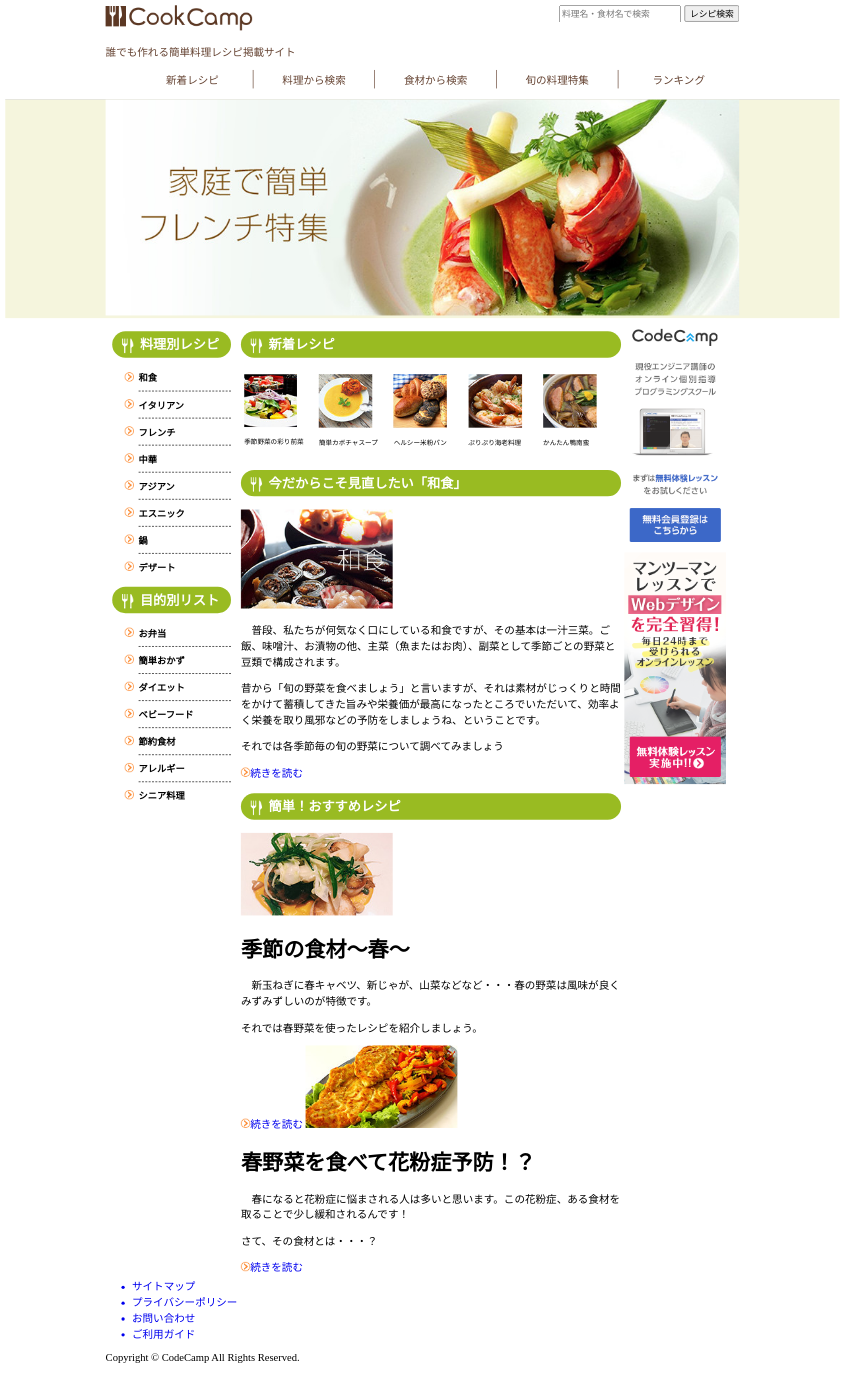
Repository: tomimaler/dc_work_tamachi_inagaki_html
Page: cookcamp/cookcamp.html
The author's editor kept a record of every edit. The page is drawn from the files as they stood at one moment, then again after the next edit.
The browser window is 1280 px wide. The pictures show the whole page, at 66% of full size.

Above is the page before.

### cookcamp/cookcamp.html
<!DOCTYPE html>
<html lang="ja">
 <head>
  <meta charset="UTF-8">
  <title>CookCamp</title>
  <link rel="stylesheet" href="cookcamp.css">

 <body>
  <header>
    <div class="container">
        <img class="logo" src="images/structure/logo.png">
        <input type="submit" value="レシピ検索">
        <input id="search" type="text" name="search" placeholder="料理名・食材名で検索">
        <p>誰でも作れる簡単料理レシピ掲載サイト</p>
        <ul class="header-menu">
            <a href="#"><li class="menu1">新着レシピ</li></a>
            <a href="#"><li>料理から検索</li></a>
            <a href="#"><li>食材から検索</li></a>
            <a href="#"><li>旬の料理特集</li></a>
            <a href="#"><li>ランキング</li></a>
        </ul>
    </div>
 </header>
 <main>
    <div class="container">
        <img class="mainView" src="images/contents/mainView.jpg">
        <nav class="left-column">
            <div class="recipe-nav">
                <h3><img src="images/icon/dish.png">料理別レシピ</h3>
                <ul class="recipe-list">
                    <a href="#"><li>和食</li></a>
                    <a href="#"><li>イタリアン</li></a>
                    <a href="#"><li>フレンチ</li></a>
                    <a href="#"><li>中華</li></a>
                    <a href="#"><li>アジアン</li></a>
                    <a href="#"><li>エスニック</li></a>
                    <a href="#"><li>鍋</li></a>
                    <a href="#"><li>デザート</li></a>
                </ul>
            </div>
            <div class="recipe-nav">
                <h3><img src="images/icon/dish.png">目的別リスト</h3>
                <ul class="recipe-list">
                    <a href="#"><li>お弁当</li></a>
                    <a href="#"><li>簡単おかず</li></a>
                    <a href="#"><li>ダイエット</li></a>
                    <a href="#"><li>ベビーフード</li></a>
                    <a href="#"><li>節約食材</li></a>
                    <a href="#"><li>アレルギー</li></a>
                    <a href="#"><li>シニア料理</li></a>
                </ul>
            </div>
        </nav>
        <div class="main-column">
            <div class="article">
                <h3><img src="images/icon/dish.png">新着レシピ</h3>
                <div class="section">
                    <div class="new-recipes">
                        <div class="new-recipe">
                            <img src="images/contents/newRecipes1.jpg" alt="季節野菜の彩り前菜">
                            <p>季節野菜の彩り前菜</p>
                        </div>
                        <div class="new-recipe">
                            <img src="images/contents/newRecipes2.jpg" alt="簡単カボチャスープ">
                            <p>簡単カボチャスープ</p>
                        </div>
                        <div class="new-recipe">
                            <img src="images/contents/newRecipes3.jpg" alt="ヘルシー米粉パン">
                            <p>ヘルシー米粉パン</p>
                        </div>
                        <div class="new-recipe">
                            <img src="images/contents/newRecipes4.jpg" alt="ぷりぷり海老料理">
                            <p>ぷりぷり海老料理</p>
                        </div>
                        <div class="new-recipe">
                            <img src="images/contents/newRecipes5.jpg" alt="かんたん鴨南蛮">
                            <p>かんたん鴨南蛮</p>
                        </div>
                    </div>
                </div>
            </div>
            <div class="article">
                <h3><img src="images/icon/dish.png">今だからこそ見直したい「和食」</h3>
                <img src="images/contents/topics.jpg" alt="和食">
                <p>　普段、私たちが何気なく口にしている和食ですが、その基本は一汁三菜。ご飯、味噌汁、お漬物の他、主菜（魚またはお肉）、副菜として季節ごとの野菜と豆類で構成されます。</p>
                <p>昔から「旬の野菜を食べましょう」と言いますが、それは素材がじっくりと時間をかけて蓄積してきた旨みや栄養価が最高になったところでいただいて、効率よく栄養を取り風邪などの予防をしましょうね、ということです。</p>
                <p>それでは各季節毎の旬の野菜について調べてみましょう</p>
                <a href="#"><img src="images/icon/arrow.png" alt="arrow">続きを読む</a>
            </div>
            <div class="article">
                <h3><img src="images/icon/dish.png">簡単！おすすめレシピ</h3>
                <img src="images/contents/pushRecipes1.jpg" alt="春">
                <h1>季節の食材～春～</h1>
                <p>　新玉ねぎに春キャベツ、新じゃが、山菜などなど・・・春の野菜は風味が良くみずみずしいのが特徴です。</p>
                <p>それでは春野菜を使ったレシピを紹介しましょう。</p>
                <a href="#"><img src="images/icon/arrow.png" alt="arrow">続きを読む</a>
                <img src="images/contents/pushRecipes2.jpg" alt="花粉症">
                <h1>春野菜を食べて花粉症予防！？</h1>
                <p>　春になると花粉症に悩まされる人は多いと思います。この花粉症、ある食材を取ることで少し緩和されるんです！</p>
                <p>さて、その食材とは・・・？</p>
                <a href="#"><img src="images/icon/arrow.png" alt="arrow">続きを読む</a>
            </div>
        </div>
        <aside class="right-column">
            <a href="#"><img src="images/contents/right1.png"></a>
            <a href="#"><img src="images/contents/right2.png"></a>
        </aside>
    </div>
</main>
<footer>
    <div class="container">
        <ul class="footer-list">
            <a href="#"><li>サイトマップ</li></a>
            <a href="#"><li>プライバシーポリシー</li></a>
            <a href="#"><li>お問い合わせ</li></a>
            <a href="#"><li>ご利用ガイド</li></a>
        </ul>
        <p>Copyright &copy; CodeCamp All Rights Reserved.</p>
    </div>
</footer>
</body>
</html>

### cookcamp/cookcamp.css
.container {
    width:960px;
    margin:0 auto;
}

main {
    background-color:#f5f5dd;
}

a {
    text-decoration:none;
}

header, footer {
    background-color:white;
}

header {
    border-bottom:1px solid #cccccc;
}

header logo {
    float:left;
}

header p{
    color:#664433;
    clear:both;
}

header input {
    float:right;
}

#search {
    height:20px;
    margin-right:5px;
}

.header-menu {
    display:flex;
    text-align:center;
    list-style:none;
}

.header-menu a+ a {
    border-left:1px solid;
}

.header-menu a {
    color:#664433;
    flex:1;
    padding:2px;
}

.mainView {
    width:100%;
}

.recipe-nav {
    margin:10px;
    background-color:white;
}

h3 {
    background-color:#99bb22;
    padding:5px;
    border-radius:25px;
    line-height:30px;
    font-size:20px;
    color:white;
}

h3 img {
    margin-left:10px;
    margin-right:10px;
    vertical-align:-20%;
}

.recipe-list {
    list-style-image: url('images/icon/arrow.png');
    text-align:left;
}

.recipe-list a {
    display:block;
    color:black;
}

.recipe-list li {
    margin:10px 0;
    font-size:14px;
    font-weight:bold;
}

.recipe-list a+ a {
    border-top:1px dashed;
}

.new-recipes {
    display:flex;
}

.new-recipe {
    flex:1;
}

.new-recipe p {
    font-size:10px;
    width:100%;
}

.article {
    margin:5px;
}

.section {
    padding:5px;
}

.left-column {
    width:200px;
    float:left;
}

.main-column {
    width:586px;
    float:left;
}

.right-column {
    width:155px;
    float:left;
}

footer {
    clear:both;
}

After the next edit:
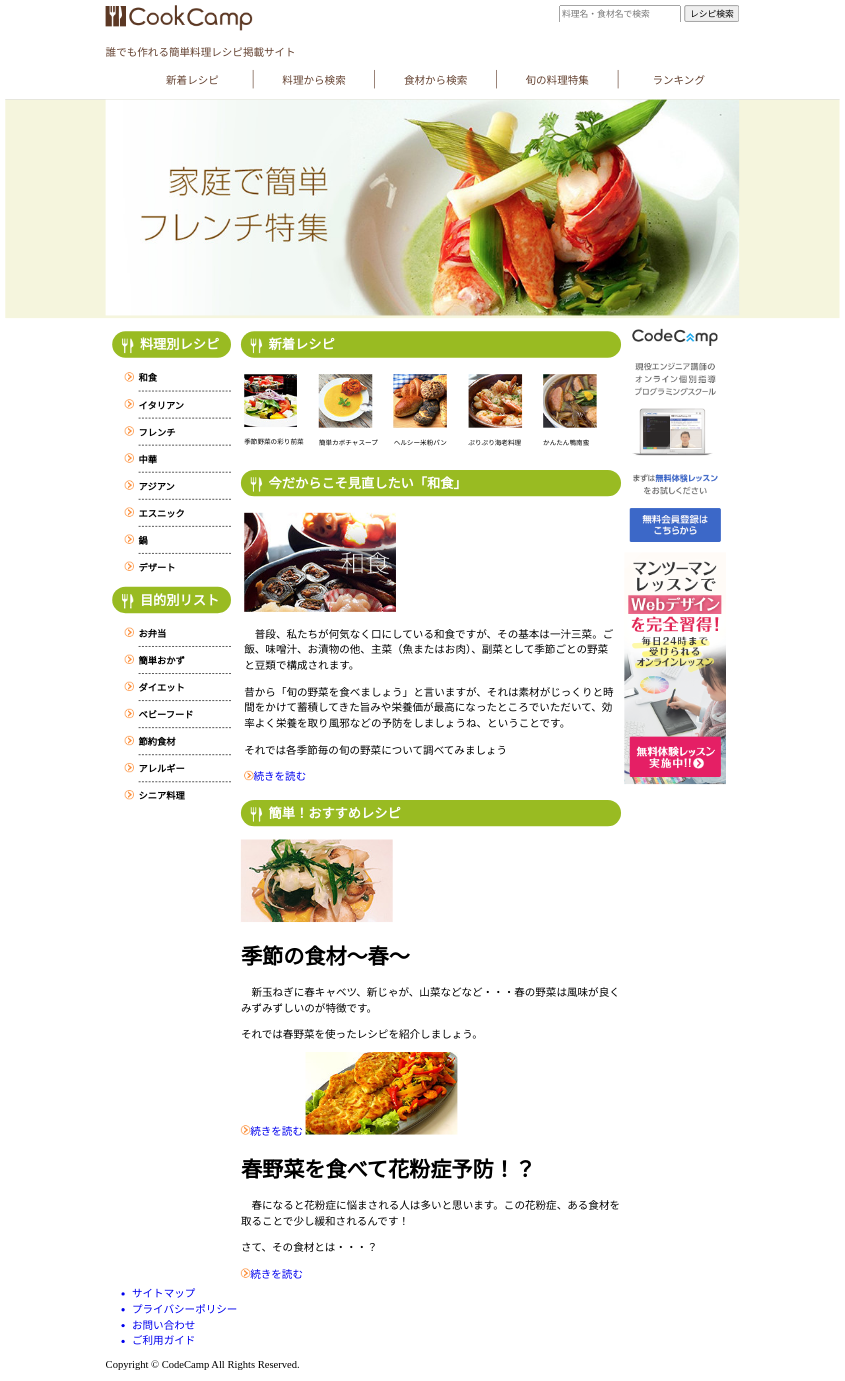
The edit:
--- a/cookcamp/cookcamp.html
+++ b/cookcamp/cookcamp.html
@@ -81,11 +81,13 @@
             </div>
             <div class="article">
                 <h3><img src="images/icon/dish.png">今だからこそ見直したい「和食」</h3>
-                <img src="images/contents/topics.jpg" alt="和食">
-                <p>　普段、私たちが何気なく口にしている和食ですが、その基本は一汁三菜。ご飯、味噌汁、お漬物の他、主菜（魚またはお肉）、副菜として季節ごとの野菜と豆類で構成されます。</p>
-                <p>昔から「旬の野菜を食べましょう」と言いますが、それは素材がじっくりと時間をかけて蓄積してきた旨みや栄養価が最高になったところでいただいて、効率よく栄養を取り風邪などの予防をしましょうね、ということです。</p>
-                <p>それでは各季節毎の旬の野菜について調べてみましょう</p>
-                <a href="#"><img src="images/icon/arrow.png" alt="arrow">続きを読む</a>
+                <div class="section">
+                    <img src="images/contents/topics.jpg" alt="和食">
+                    <p>　普段、私たちが何気なく口にしている和食ですが、その基本は一汁三菜。ご飯、味噌汁、お漬物の他、主菜（魚またはお肉）、副菜として季節ごとの野菜と豆類で構成されます。</p>
+                    <p>昔から「旬の野菜を食べましょう」と言いますが、それは素材がじっくりと時間をかけて蓄積してきた旨みや栄養価が最高になったところでいただいて、効率よく栄養を取り風邪などの予防をしましょうね、ということです。</p>
+                    <p>それでは各季節毎の旬の野菜について調べてみましょう</p>
+                    <a href="#"><img src="images/icon/arrow.png" alt="arrow">続きを読む</a>
+                </div>
             </div>
             <div class="article">
                 <h3><img src="images/icon/dish.png">簡単！おすすめレシピ</h3>
